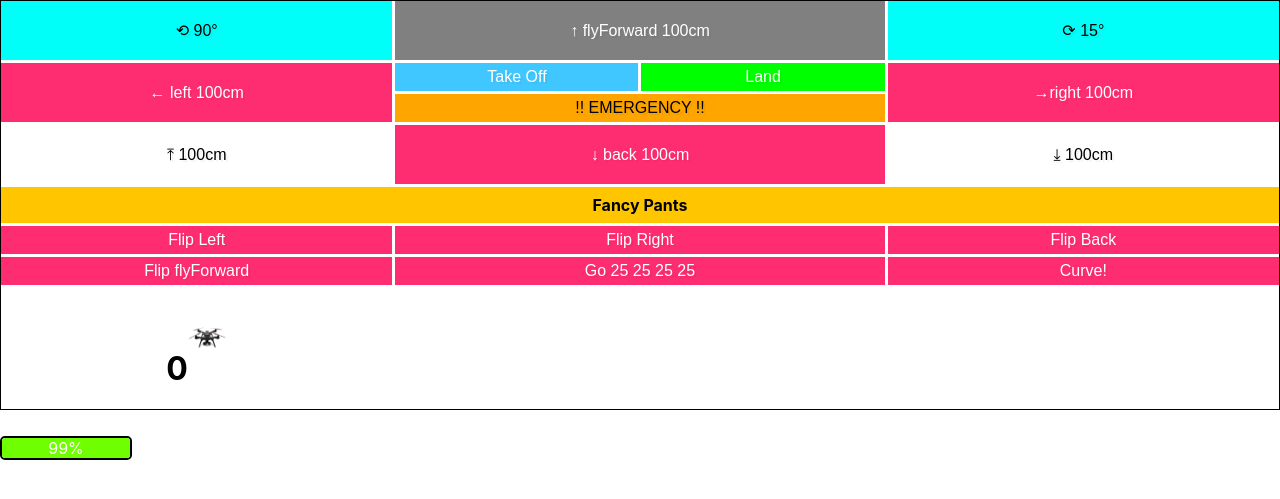
Repository: JivkoJelev91/Drone-Simulator
Page: /
An editor plug-in stored every save of this project. The page is shown before and after the next save, followed by the edit.
The browser window is 1280 px wide. The pictures show the whole page.
The project was rebuilt for these pictures with package versions that can differ from the ones it lists, and the page was loaded fresh each time.

Above is the page before, as saved 2018-12-21 11:07:45.

### src/index.css
body {
  margin: 0;
  padding: 0;
  font-family: -apple-system, BlinkMacSystemFont, "Segoe UI", "Roboto", "Oxygen",
    "Ubuntu", "Cantarell", "Fira Sans", "Droid Sans", "Helvetica Neue",
    sans-serif;
  -webkit-font-smoothing: antialiased;
  -moz-osx-font-smoothing: grayscale;
}

code {
  font-family: source-code-pro, Menlo, Monaco, Consolas, "Courier New",
    monospace;
}

.view{
  display:flex;
  padding-top:2%;

}

.parentDrone{
  width:100%;
  padding-top: 10%;
  display:flex;
  justify-content: center;
  /* transform: rotate(0deg);  */
  /* transform: translateZ(-100px) */
}

.drone img {
  width: 100%;

}

.drone{
  width:10%;

}

.batteryStyles{
  width: 10%;
  border: 2px solid black;
  border-radius: 5px;
  overflow: hidden;
  display: flex;
  flex-direction: column-reverse;
}

.batteryLevel {
  transition: all 0.5s;
  height: 100%;
  text-align: center;
  color: white;
  display: block;
  background: var(--color);
  background: #70ff00;
}

.CommandGrid{
  display: grid;
  grid-template-columns: 1fr 1.25fr 1fr;
  grid-template-rows: repeat(3, 1fr);
  border: 1px solid black;
  grid-gap: 3px;
}

.CommandGrid .center{
  display: grid;
  grid-gap: 3px;
  grid-template-columns: 1fr 1fr;
}

.CommandGrid h2{
  grid-column: 1 / -1;
  background: #ffc600;
  margin: 0;
  font-size: 1rem;
  text-align: center;
  padding: 0.5rem;
  color: black;
}

.CommandGrid .center button:last-child{
  grid-column: span 2;
}

.CommandGrid   button {
  text-shadow: 2px 2px 0 rgba(0, 0, 0, 0.05);
  border: 0;
  background: #fe2c70;
  border: 4px solid transparent;
  color: white;
  font-size: 1rem;
  position: relative;
}
.CommandGrid button:active{
  top: 2px;
}
.CommandGrid button:focus{
  outline: 0;
  border-color: #ffc600;
}
.CommandGrid button.takeoff{
  background: #41c7ff;
}
.CommandGrid button.land{
  background: #00ff00;
}
.CommandGrid button.emergency{
  background: orange;
  text-transform: uppercase;
  color: black;
}
.CommandGrid button.rotate{
  background: #00fff9;
  color: black;
}
.CommandGrid button.height{
  background: #fff;
  color: black;
}
.CommandGrid button.span.symbol {
  display: block;
  font-size: 2rem;
  font-weight: 400;
}

.CommandGrid button.innactiveBtns{
  pointer-events: none;
  background-color: grey;
  border-color: grey;
}

### src/App.js
import React, { Component } from 'react';
import Buttons from './Buttons/Buttons';
import Battery from './Buttons/Battery';
import {Provider, Consumer} from './Context';
import './App.css';

class App extends Component {
  render() {
    return (
      <Provider>
        <div className="App">
            <Buttons />
            <div className="view">
              <Battery />
            </div>
        </div>
      </Provider>
    );
  }
}

export default App;

### src/Buttons/Buttons.js
import React, { Component } from 'react';
import Drone from './Drone'

class Buttons extends Component{
  constructor(props){
    super(props)
    this.amount = 100;
    this.counter = 0;
    this.state = {
      forward: 0,
      isActive: false,
    }
  }

  rotate(){
    return console.log('rotate!!');
  }

  flyForward = () => {
    this.setState({
      isActive: true
    })
    for (let index = 0; index <= 10; index++) {
        setTimeout(() => {
          this.setState({
            forward: index,
            isActive: false
          });
        if(this.state.forward === 10){
          this.setState({
            isActive: true
          })
        }
      }, index * 100);
    }
  }

  back(){
      return console.log('back');
  }

  left(){
      return console.log('left');
  }

  right(){
      return console.log('right');
  }

  takeOff(){
      return console.log('takeOff');
  }

  flipLeft(){
      return console.log('flipLeft');
  }

  flipRight(){
      return console.log('flipRight');
  }

  flipflyForward(){
      return console.log('flipflyForward');
  }

  flipBack(){
      return console.log('flipBack');
  }

  hight(){
      return console.log('hight');
  }

  low(){
      return console.log('low');
  }

  land(){
      return console.log('land');
  }

  emergency(){
      return console.log('emergency');
  }

  render(){
    return (
        <div className="CommandGrid">

       <button className="rotate" onClick={this.rotate}>
         <span className="symbol">⟲</span> 90°
       </button>
       <button onClick={this.flyForward} className={!this.state.isActive ? 'innactiveBtns' : null}>
         <span className="symbol">↑</span> flyForward {this.amount}cm
       </button>

       <button className="rotate" onClick={this.rotate}>
         <span className="symbol">⟳</span> 15°
       </button>
       <button onClick={this.left}>
         <span className="symbol">←</span> left {this.amount}cm
       </button>
       <div className="center">
         <button className="takeoff" onClick={this.takeOff}>
           Take Off
         </button>
         <button className="land" onClick={this.land}>
           Land
         </button>
         <button className="emergency" onClick={this.emergency}>
           !! emergency !!
         </button>
       </div>
       <button onClick={this.right}>
         <span className="symbol">→</span>
         right {this.amount}cm
       </button>
       <button className="height" onClick={this.hight}>
         <span className="symbol">⤒</span> {this.amount}cm
       </button>
       <button onClick={this.back}>
         <span className="symbol">↓</span> back {this.amount}cm
       </button>
       <button className="height" onClick={this.low}>
         <span className="symbol">⤓</span> {this.amount}cm
       </button>
       <h2>Fancy Pants</h2>
       <button onClick={this.flipLeft}>Flip Left</button>
       <button onClick={this.flipRight}>Flip Right</button>
       <button onClick={this.flipBack}>Flip Back</button>
       <button onClick={this.flipflyForward}>Flip flyForward</button>
       <button onClick={console.log('TODO')}>Go 25 25 25 25</button>
       <button onClick={console.log('TODO')}>
         Curve!
       </button>
       <Drone />
    </div>
    )
  }
}

export default Buttons;

### src/Buttons/Battery.js
import React, {Component}  from 'react';


class Battery extends Component {
  constructor(){
    super();
    this.state = {
      batteryLevel: 0
    }
    this.countdown = null;
    this.counter = 0;
  }

  lowBattery = () => {
      this.setState({
        batteryLevel: parseInt((10000 - ++this.counter) / 100)
      });
  }

  componentDidMount() {
    this.countdown = setInterval(this.lowBattery, 1000);
  }

  componentWillUnmount() {
    if(this.batteryLevel === 0) clearInterval(this.countdown);
  }

  componentWillMount(){
    this.lowBattery();
  }

  render() {
    return (
      <div className="batteryStyles">
          <span className="batteryLevel" style={{ height:`${ this.state.batteryLevel }%`}}>{this.state.batteryLevel}%</span>
      </div>
    );
  }
}

export default Battery;

### src/Context.js
import React, { Component } from 'react';
const MyContext = React.createContext();

export class Provider extends Component  {
    state = {
        forward: 0,
        isActive: true,
      }

    render(){
        return (
            <MyContext.Provider value={this.state.forward}>
                {this.props.children}
            </MyContext.Provider>
        )
    }
};

export const Consumer = MyContext.Consumer;

### src/Buttons/Drone.js
import React, { Component } from 'react';
import dronePic from '../images/drone.png'
import { Consumer, Provider} from '../Context';

class Drone extends Component {
  constructor(){
    super()
  }
  render() {
    console.log();
    return (

          <div className="parentDrone">
          <Consumer>
            {(context) =>
              (<h1>{context}</h1>)
            }
          </Consumer>
            <div className="drone">
              <img src={dronePic} alt="drone"/>
            </div>
          </div>
    );
  }
}

export default Drone;

Loaded but not shown: public/index.html (common file); src/index.js (common file); src/serviceWorker.js (common file); src/App.css (common file)

After the next save:
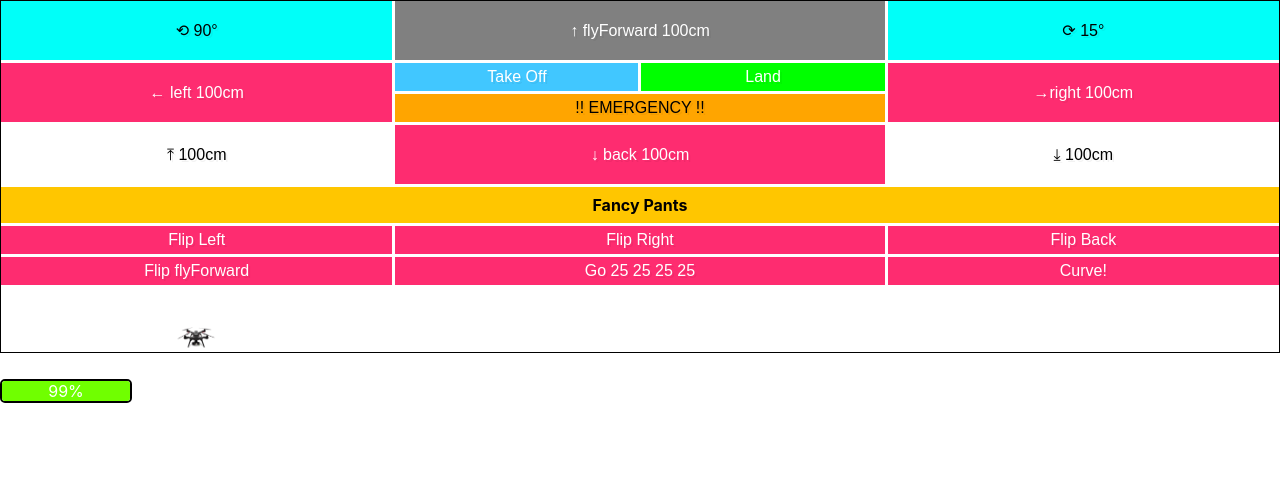
Saved 24 s later.
--- a/src/Buttons/Drone.js
+++ b/src/Buttons/Drone.js
@@ -1,21 +1,13 @@
 import React, { Component } from 'react';
 import dronePic from '../images/drone.png'
-import { Consumer, Provider} from '../Context';
 
 class Drone extends Component {
   constructor(){
     super()
   }
   render() {
-    console.log();
     return (
-
           <div className="parentDrone">
-          <Consumer>
-            {(context) =>
-              (<h1>{context}</h1>)
-            }
-          </Consumer>
             <div className="drone">
               <img src={dronePic} alt="drone"/>
             </div>
